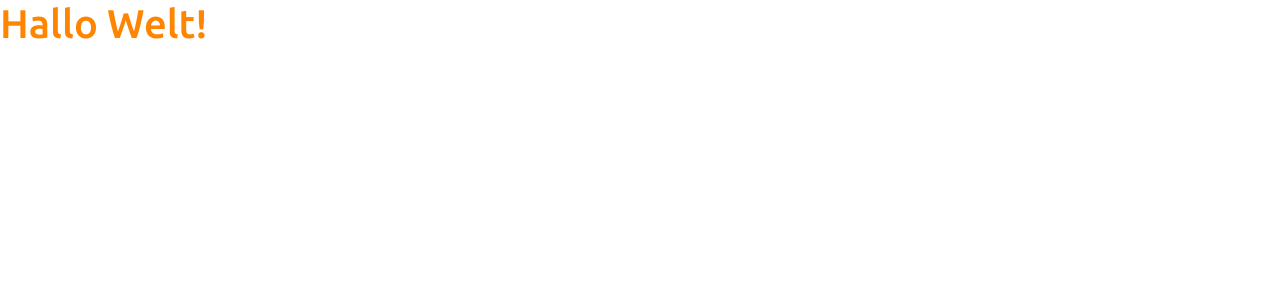
Repository: crdpc/projeto-sds3
Page: / (app in frontend/)
These files come from the project's save history. The page is drawn as it stood at one moment and after the next save; the edit follows.
The browser window is 1280 px wide. The pictures show the whole page.
The project was rebuilt for these pictures with package versions that can differ from the ones it lists, and the page was loaded fresh each time.

Above is the page before, as saved 2021-05-04 19:57:54.

### frontend/public/index.html
<!DOCTYPE html>
<html lang="pt_BR">
  <head>
    <meta charset="utf-8" />
    <link rel="icon" href="%PUBLIC_URL%/favicon.ico" />
    <meta name="viewport" content="width=device-width, initial-scale=1" />
    <meta name="theme-color" content="#000000" />
    <meta
      name="description"
      content="App Desenvolvido na III Semana Spring React"
    />

    <title>DSVendas</title>
  </head>
  <body>
    <noscript>Você precisa habilitar o java script para rodar esse app.</noscript>
    <div id="root"></div>

  </body>
</html>

### frontend/src/App.tsx
function App() {
  return (
    <div>
      <h1 className="text-primary">Hallo Welt!</h1>
    </div>
  );
}

export default App;

### frontend/src/components/NavBar/index.tsx
function NavBar() {
    return (
        <div>
            <h2 className="text-primary">Dev Superior</h2>
        </div>
    );
}

export default NavBar;

Loaded but not shown: frontend/src/index.tsx (common file); frontend/src/assets/css/styles.css (common file)

After the next save:
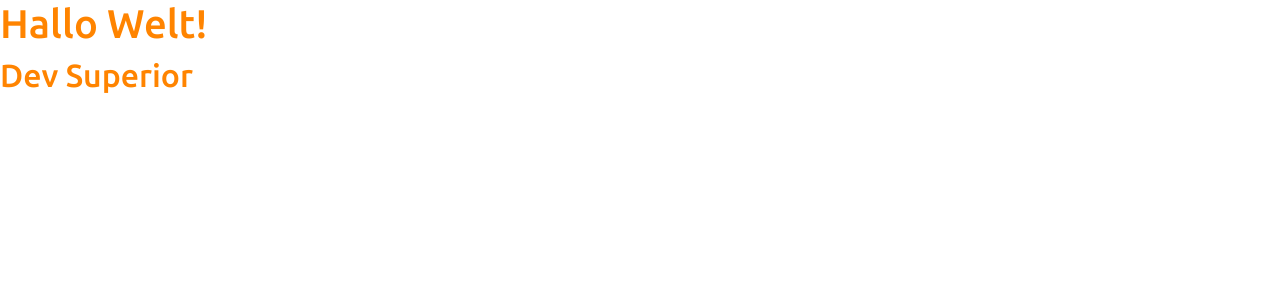
Saved 59 s later.
--- a/frontend/src/App.tsx
+++ b/frontend/src/App.tsx
@@ -1,7 +1,10 @@
+import NavBar from "components/NavBar";
+
 function App() {
   return (
     <div>
       <h1 className="text-primary">Hallo Welt!</h1>
+      <NavBar />
     </div>
   );
 }
